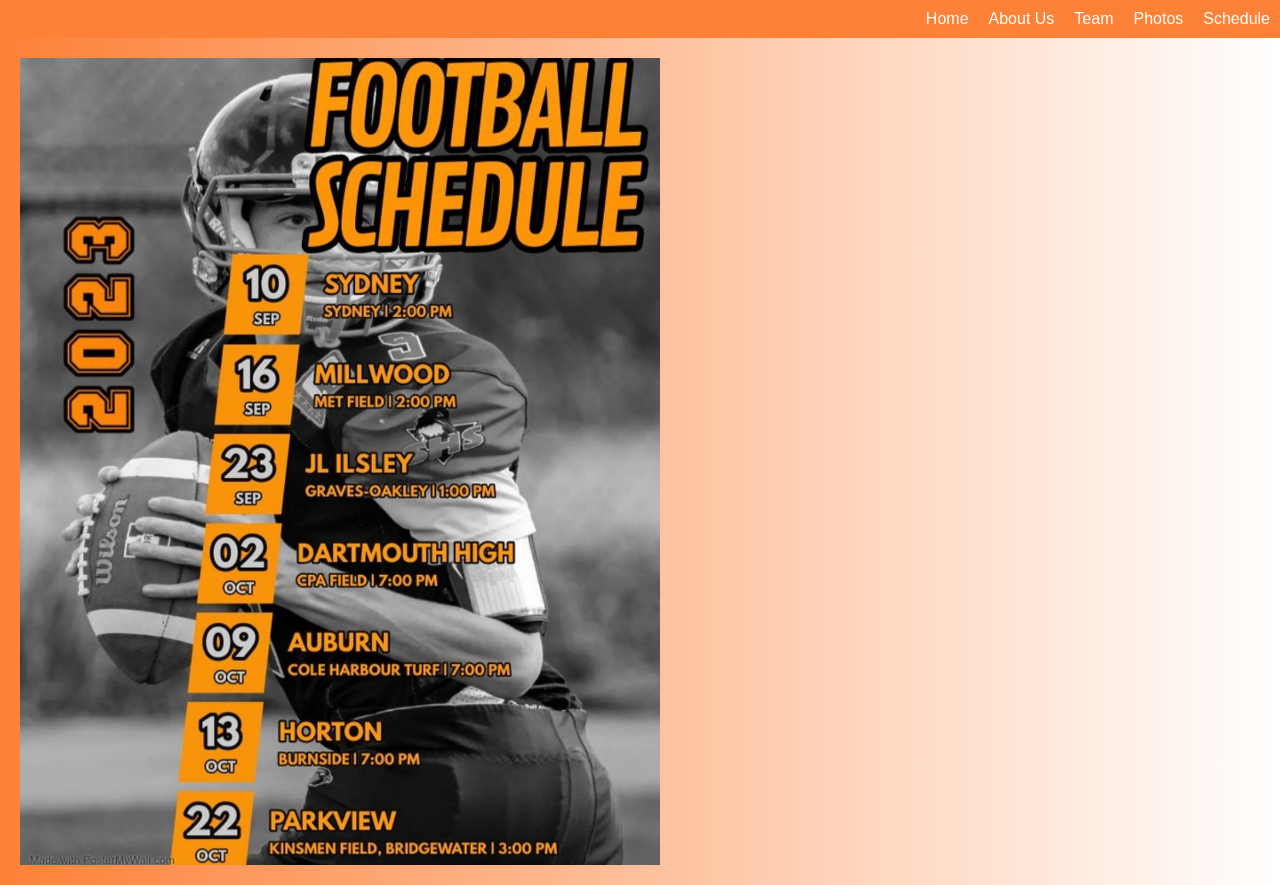
Repository: SHSFootballRepo/Website
Page: public/schedule.html
These files come from the project's save history. The page is drawn as it stood at one moment and after the next save; the edit follows.
The browser window is 1280 px wide. The pictures show the whole page.

Above is the page before, as saved 2023-08-19 18:57:00.

### public/schedule.html
<!DOCTYPE html>
<html lang="en">
<head>
    <meta charset="UTF-8">
    <meta name="viewport" content="width=device-width, initial-scale=1.0">
    <link rel="stylesheet" href="styles.css">
    <title>SHS Football Team Homepage</title>
</head>
<body>
    <header>
        <nav>
            <ul>
                <li><a href="/index.html">Home</a></li>
                <li><a href="/about.html">About Us</a></li>
                <li><a href="/team.html">Team</a></li>
                <li><a href="/photos.html">Photos</a></li>
                <li><a href="/schedule.html">Schedule</a></li>
            </ul>
        </nav>


    </header>
<section class="schedule1">
    <img src="image0.png" alt="Schedule">
</section>
</body>

### public/styles.css
/* Reset some default styles */
body, h1, h2, h3, p {
    margin: 0;
    padding: 0;
}

/* Basic styling */
body {
    background: linear-gradient(to right, #FD8137, white);
    margin: 0;
    padding: 0;
    font-family: Arial, sans-serif;
}

header {
    background:#FD8137;
    color: #fff;
    padding: 10px;
    display: flex;
    justify-content: flex-end;
}

nav ul {
    list-style: none;
    display: flex;
    margin: 0;
    padding: 0;
}

nav ul li {
    margin-left: 20px;
}

nav ul li a {
    text-decoration: none;
    color: #fff;
    transition: color 0.3s; /* Smooth color transition on hover */
}

nav ul li a:hover {
    color: #FD8137; /* Change color on hover */
}

/* Hero section and other styles... */


.hero {
    text-align: center;
    padding: 50px 1;
    background-color: linear-gradient(to right, #FD8137, black);
}

.hero img {
    max-width: 25%;
    height: auto;
}

.hero h1 {
    font-size: 36px;
    margin: 20px 0;
}

.cta-button {
    display: inline-block;
    padding: 10px 20px;
    background-color: #333;
    color: #fff;
    text-decoration: none;
    border-radius: 5px;
    transition: background-color 0.3s; /* Smooth background color transition on hover */
    margin-top: 15px;
}

.cta-button:hover {
    background-color: #555; /* Change background color on hover */
}

.latest-news {
    padding: 50px;
}

.news-card {
    padding: 20px;
    margin-bottom: 20px;
    background-color: #fff;
    border-radius: 5px;
}

.news-card img {
    max-width: 5%;
    height: auto;
}

.WIP {
    text-align: center;
    padding: 25px 1;
    background-color: white;
    border-radius: 5px;
    margin: 500;
}

footer {
    text-align: center;
    padding: 20px 0;
    background-color: #333;
    color: #fff;
}

.page-content {
    padding: 50px;
    text-align: center;
    font-size: xx-large;
}

.schedule1 img {
    height: 50%;
    width: 50%;
    padding: 20px;
    display: flex;
    justify-content: center;
    align-items: center;
}

After the next save:
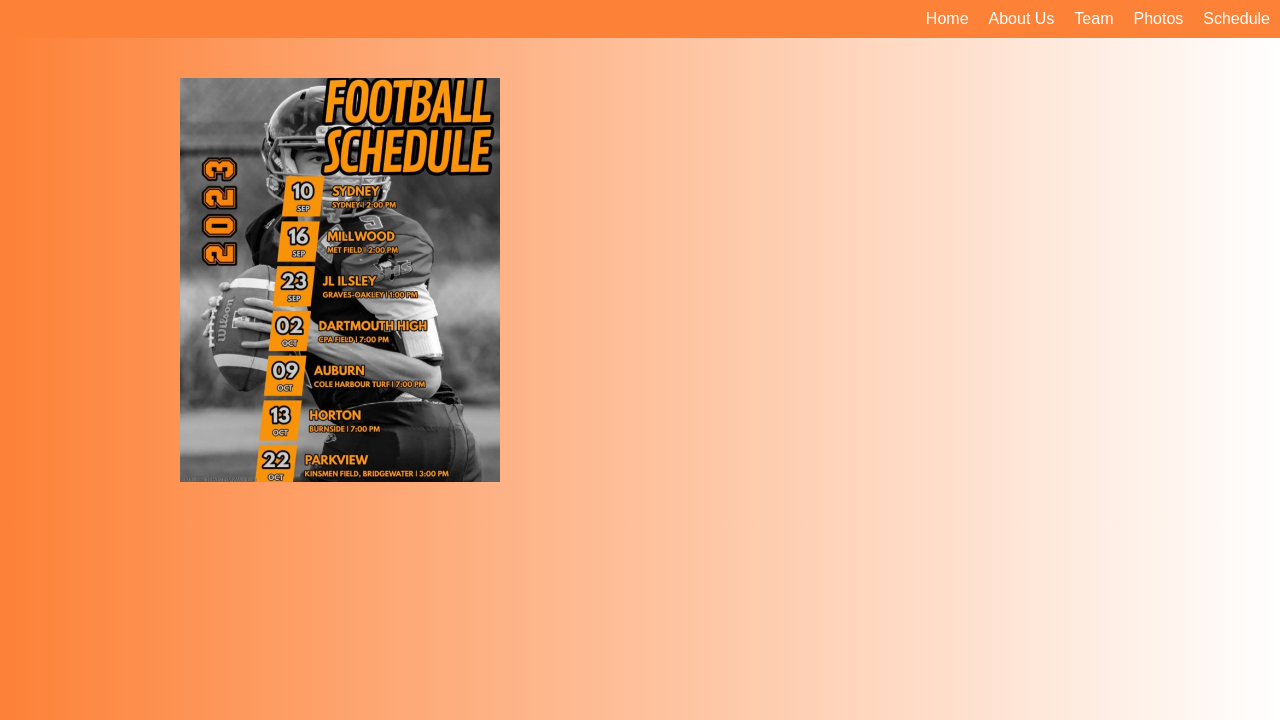
Saved 52 s later.
--- a/public/styles.css
+++ b/public/styles.css
@@ -112,6 +112,15 @@
     font-size: xx-large;
 }
 
+.schedule1{
+    height: 50%;
+    width: 50%;
+    padding: 20px;
+    display: flex;
+    justify-content: center;
+    align-items: center;
+}
+
 .schedule1 img {
     height: 50%;
     width: 50%;

After the save that followed:
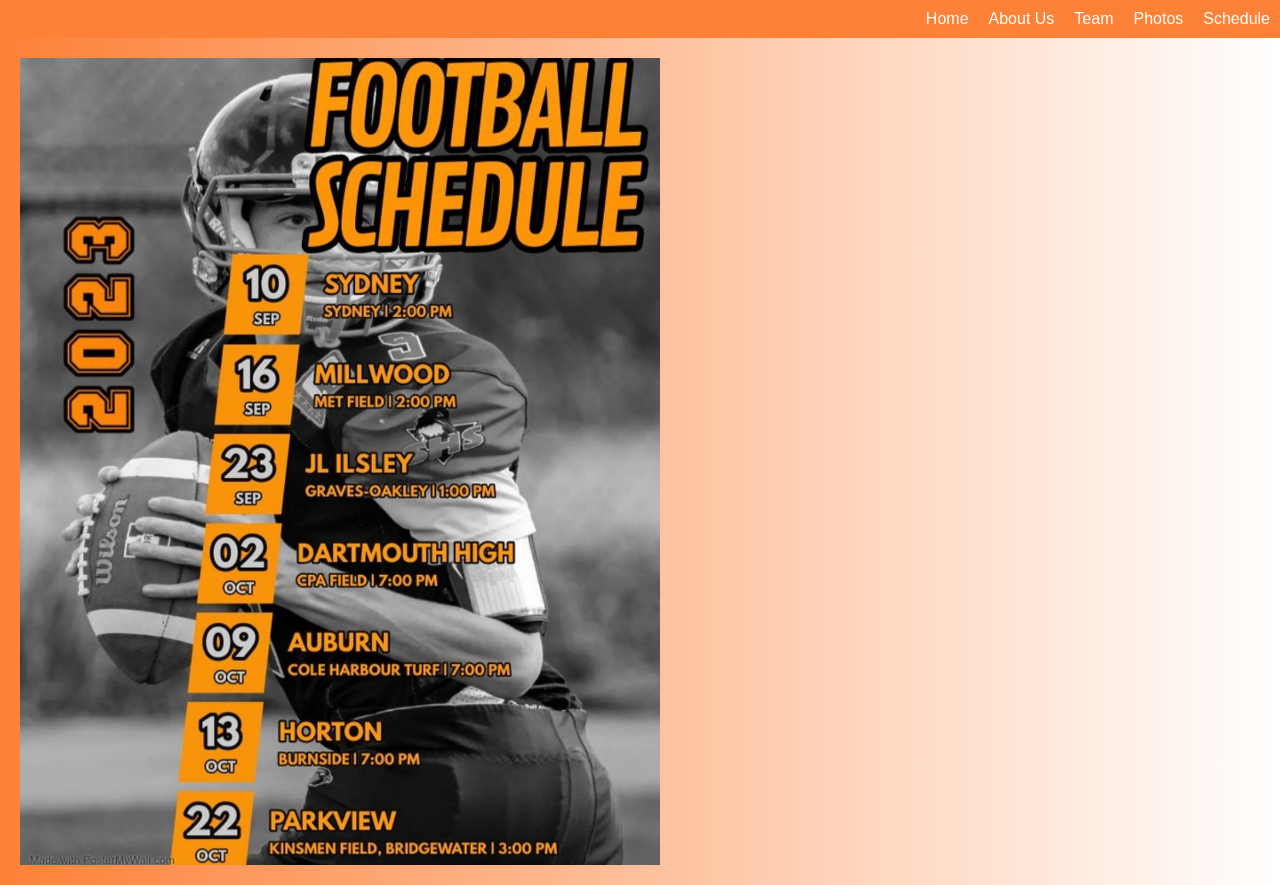
Saved 86 s later.
--- a/public/styles.css
+++ b/public/styles.css
@@ -112,15 +112,6 @@
     font-size: xx-large;
 }
 
-.schedule1{
-    height: 50%;
-    width: 50%;
-    padding: 20px;
-    display: flex;
-    justify-content: center;
-    align-items: center;
-}
-
 .schedule1 img {
     height: 50%;
     width: 50%;
